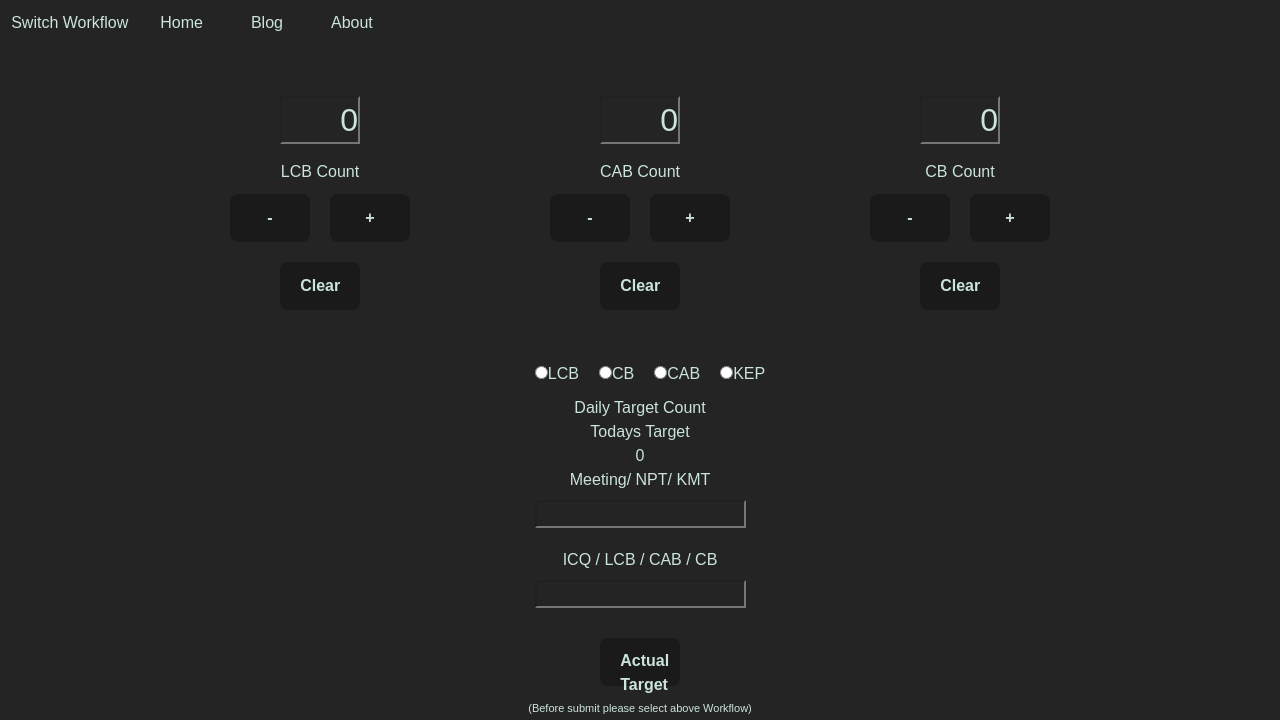
Repository: suraj-yadav7/SwitchWorkflow-Count-reactjs
Page: /
An editor plug-in stored every save of this project. The page is shown before and after the next save, followed by the edit.
The browser window is 1280 px wide. The pictures show the whole page.
The project was rebuilt for these pictures with package versions that can differ from the ones it lists, and the page was loaded fresh each time.

Above is the page before, as saved 2023-04-20 10:30:44.

After the next save:
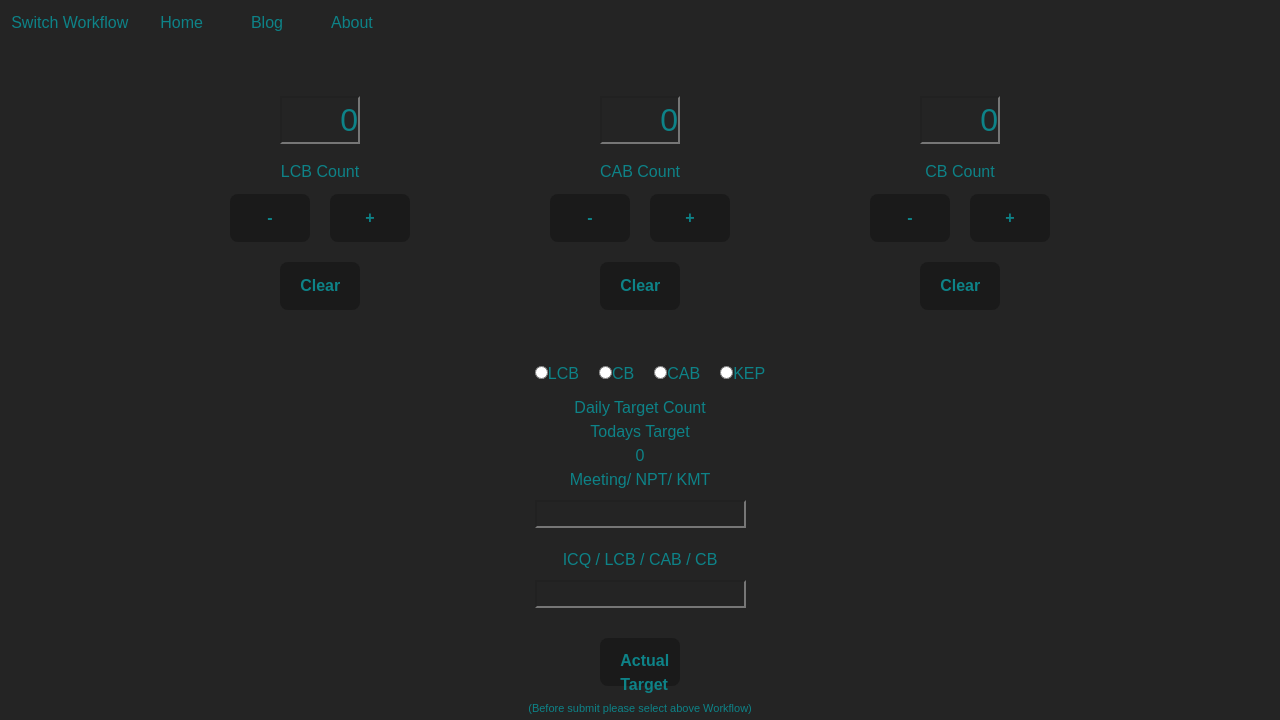
Saved 27 s later.
--- a/src/App.css
+++ b/src/App.css
@@ -10,7 +10,7 @@
   font-weight: 400;
 
   /* color-scheme: light dark; */
-  color: #CBE4DE;
+  color: #0E8388;
   background-color: #242424;
 
   /* font-synthesis: none; */
